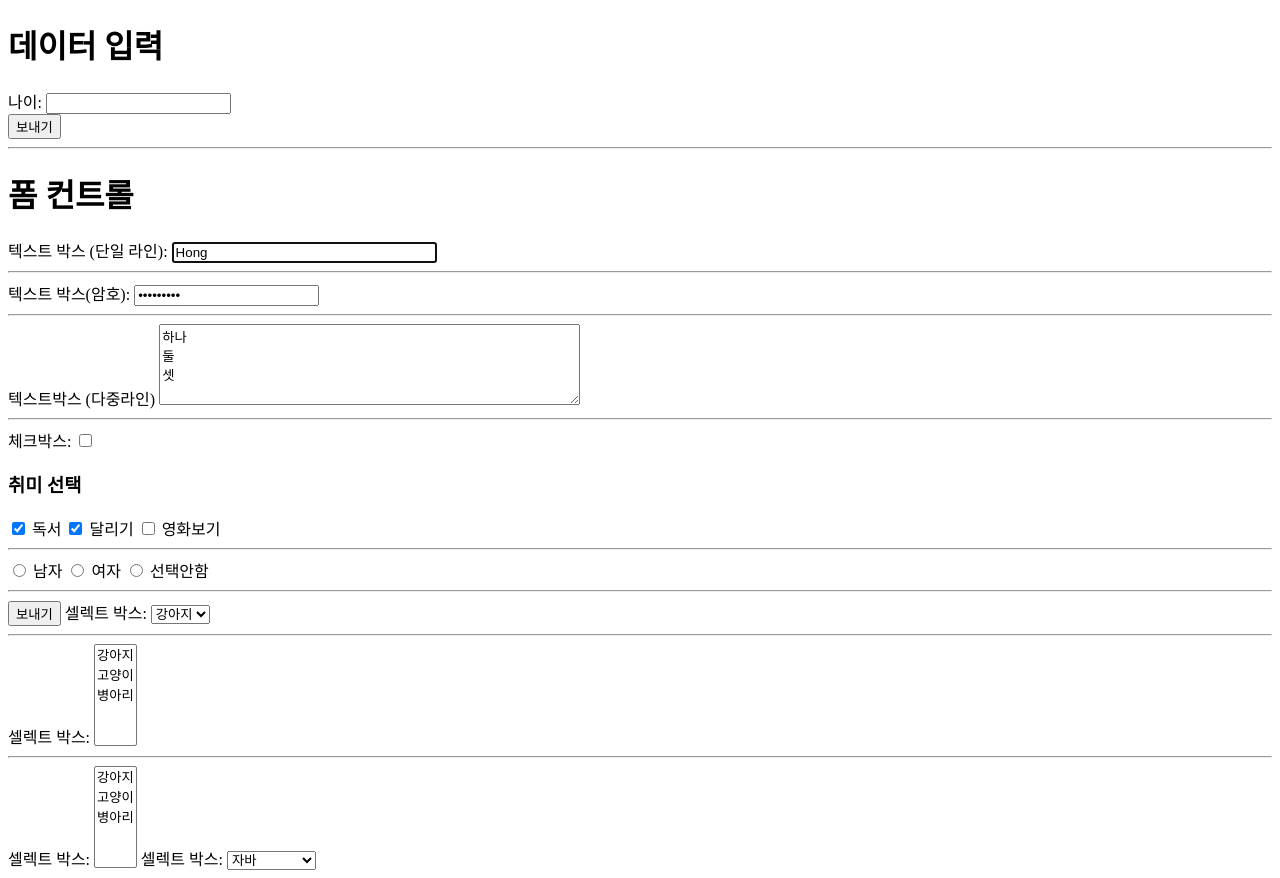
Repository: seula123/Front-End
Page: ClientTest/src/main/webapp/html/ex18_form.html
These files come from the project's save history. The page is drawn as it stood at one moment and after the next save; the edit follows.
The browser window is 1280 px wide. The pictures show the whole page.

Above is the page before, as saved 2023-09-21 07:21:38.

### ClientTest/src/main/webapp/html/ex18_form.html
<!DOCTYPE html>
<html>
<head>
<meta charset="UTF-8">
<title>Insert title here</title>
</head>
<body>


	<!-- ex18_form.html -->

	<!--

		폼,form
		- 입력 양식, 입력 컨트롤
		- 클라이언트(사용자)로부터 입력장치(키보드, 마우스, 터치 등)을 통해서 데이터를 입력받는 역할
		- 입력 데이터> 서버로 전송 > 업무 활용 or 데이터 베이스 저장 등..
		ex) 텍스트 박스, 버튼, 체크 박스, 라디오 버튼 등..
		- <form> + <form>의 자식 태그들..



		<form>
		- 모든 입력 컨트롤을 감싸는 컨테이너
		- 스스로는 랜더링 결과가 없다. (출력되지않는다)
		- 입력한 값을 서버로 전송하는 역할(********)


		form.method
		- 데이터를 전송하는 방식
		- 택배(일반 우편| 등기 우편)
		1. POST
			- ex18_Server.jsp
			- 데이터를 상자안에 담아서 전송
			- 데이터가 노출x > 보안 o
			- 전송하는 데이터의 최대 길이 제한 > 무제한

		2. GET
			- -ex198_server.jsp?age=20
			- 데이터를 송장에 붙여서 전송
			- 전송되는 데이터가 노출(주소창)> 보안 x
			- 전송하는 데이터의 최대 길이 제한 > 256자 > 8000자 바이트
			- 긴 데이터는 전송 x

		form.action
		- 데이터를 수신하는 서버측 URL
		- 받는 사람 주소
		- 서버측 동작하고 있는 프로그램 주소 > JSP, Servlet, Spring 주소

	 -->

	 <h1> 데이터 입력</h1>

	 <form method="GET" action="ex18_server.jsp">


	 	나이: <input type = "text" name = "age">
	 	<br>
	 	<input type = "submit" value = "보내기">
	 </form>



	 <hr>

	 <h1> 폼 컨트롤 </h1>




	 <form method="get" action="ex18_server.jsp">

	 	<!--
	 		<input>
	 		- 인라인 태그
	 		- 단독 태그
	 		- input.type: 입력 컨트롤 종류 지정
	 		- input.name : 식별자
	 		- input.id : 식별자. CSS,JavaScript에서 사용
	 		- input.class : 식별자. CSS,JavaScript에서 사용
	 		- input.size: 길이(문자 개수)
	 		- input.maxlength: 최대 입력 길이(글자수)
	 		- input.readonly: 읽기 전용(전원 on)
	 		- input.disabled: 비활성화	(전원 off)
	 		- input.accesskey: 바로가기(Alt+조합ㄱ키)
            - input.autofocus: 자동 포커스
            - input.autocomplete : 자동 완성 끄기


	 	 -->

	 	텍스트 박스 (단일 라인):
	 	<input type = "text" name="txt1" id="txt1" class="txt" size = "30" value="Hong
	 	" accesskey="s" autofocus autocomplete="off">

	 	<hr>

	 	<!--

	 		암호 상자, Password Box, Masked Text Box
	 		- 모든 속성이 텍스트 박스와 동일

	 	 -->
	 	 텍스트 박스(암호):
	 	 <input type = "password" value ="12345
	 	 ">

	 	<!-- 텍스트 박스 (다중라인
	 		<textarea>
	 		- 쌍태그
	 		- 대부분의 속성은 텍스트 박스
	 		- maxlength 속성이 없다. > 많은 양의 텍스트를 입력받는 컨트롤
	 		- value 속성이 없다.
	 		- size > cols, rows
	 	-->
	 	 <hr>

	 	 텍스트박스 (다중라인)
		 <textarea cols = "50" rows="5">
하나
둘
셋
		 </textarea>

		 <hr>


		 <!-- 체크박스
		 	   - 논리값 입력

		 -->

		 체크박스:
		 <input type = "checkbox">

	 	<h3>취미 선택</h3>
	 	<input type = "checkbox" id="cb1" checked> <label for ="cb1">독서</lable>
	 	<input type = "checkbox" id ="cb2" checked
	 	> <label for = "cb2">달리기</label>
	 	<input type = "checkbox"> 영화보기

	 	<hr>

	 	<!--
	 		라디오 버튼
	 		- 체크 박스와 유사
	 		- 단일 선택 컨트롤
	 	-->
	 	<input type = "radio" name="rbGender"> 남자
	 	<input type ="radio" name="rbGender"> 여자
	 	<input type ="radio" name="rbGender"> 선택안함




		<hr>

		<!--

			셀렉트 박스
			- 콤보 박스 (Combo)
			- 드랍 다운 리스트 (Drop Down List)
			- 단일 선택 컨트롤
			- 다중 선택 컨트롤

			-->

	 	<input type = "submit" value ="보내기">

	 	셀렉트 박스:
	 	<select>
	 		<option>강아지</option>
	 		<option>고양이</option>
	 		<option>병아리</option>
	 	</select>

	 	<hr>

	 	셀렉트 박스:
	 	<select size="5
	 	">
	 		<option>강아지</option>
	 		<option>고양이</option>
	 		<option>병아리</option>
	 	</select>

	 	<hr>

	 	셀렉트 박스:
	 	<select size="5" multiple>
	 		<option>강아지</option>
	 		<option>고양이</option>
	 		<option>병아리</option>
	 	</select>


	 	셀렉트 박스:
	 	<select>
	 	<optgroup label="자바">
	 		<option>자바</option>
	 		<option>클래스</option>
	 		<option>메소드</option>
	 		<option>배열</option>
	 	</optgroup>

		<optgroup label ="오라클">
	 		<option>테이블</option>
	 		<option>서브쿼리</option>
	 		<option>조인</option>
	 		<option>프로시저</option>
	 	</optgroup>
	 	<optgroup label = "HTML">
	 		<option>태그</option>
	 		<option>앤티티</option>
	 		<option>PCDATA</option>
	 	</optgroup>
	 	</select>
	 </form>

</body>

</html>

After the next save:
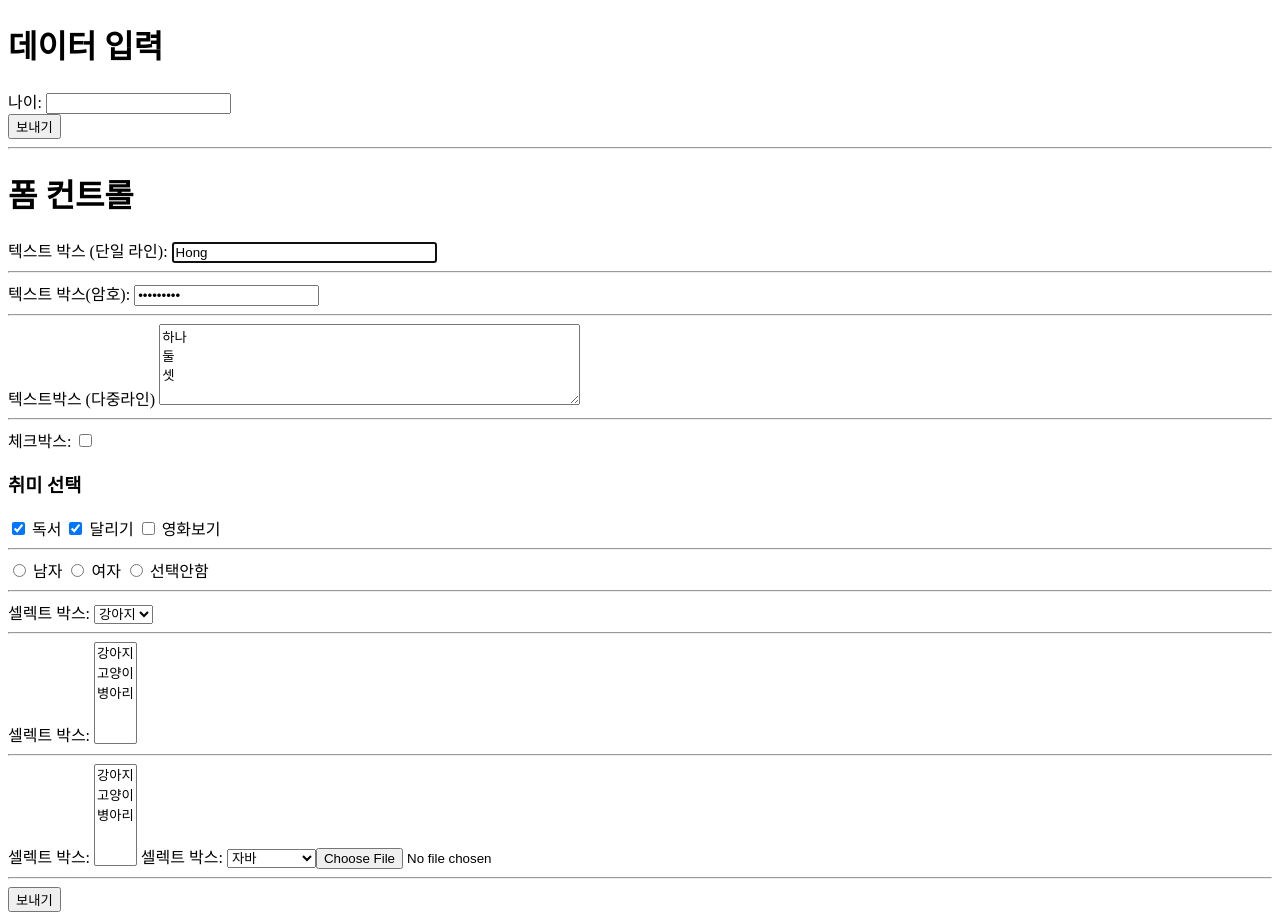
Saved 2 min 42 s later.
--- a/ClientTest/src/main/webapp/html/ex18_form.html
+++ b/ClientTest/src/main/webapp/html/ex18_form.html
@@ -165,7 +165,6 @@
 
 			-->
 
-	 	<input type = "submit" value ="보내기">
 
 	 	셀렉트 박스:
 	 	<select>
@@ -214,6 +213,23 @@
 	 		<option>앤티티</option>
 	 		<option>PCDATA</option>
 	 	</optgroup>
+
+	 	<hr>
+
+
+	 	<!--
+	 		파일 업로드
+	 		- 첨부 파일
+
+
+	 	  -->
+
+	 	파일 선택 :
+	 	<input type ="file">
+	 	<hr>
+
+
+		<input type = "submit" value ="보내기">
 	 	</select>
 	 </form>
 
